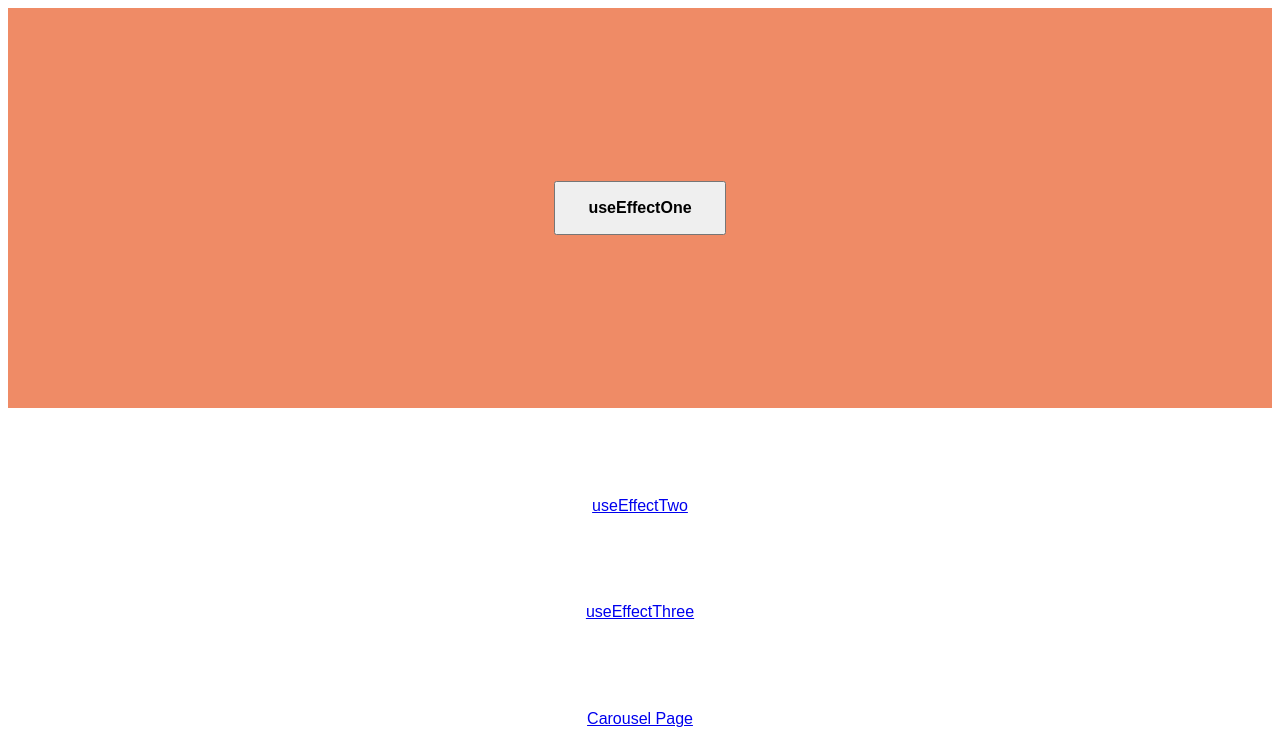
Repository: giovanabirck/class8
Page: /
An editor plug-in stored every save of this project. The page is shown before and after a run of saves, followed by the edit.
The browser window is 1280 px wide. The pictures show the whole page.
The project was rebuilt for these pictures with package versions that can differ from the ones it lists, and the page was loaded fresh each time. The framework's server and built-in components were replaced by stand-ins that run in the browser. Also part of the build but not shown: next.config.js.

Above is the page before, as saved 2023-02-23 17:52:06.

### pages/index.js
import Head from 'next/head'
import styles from '@/styles/Home.module.css'
import Link from 'next/link'


export default function Home() {
  return (
    <>
      <Head>
        <title>Create Next App</title>
        <meta name="description" content="Generated by create next app" />
        <meta name="viewport" content="width=device-width, initial-scale=1" />
        <link rel="icon" href="/favicon.ico" />
      </Head>
      <main className={styles.main}>
        <div className={styles.effect_one}>
          <Link href="/useEffectOne">
            <button className={styles.btn}>useEffectOne</button>
          </Link>
        </div>
        <div className={styles.effect_two}>
          <Link href="/useEffectTwo">useEffectTwo</Link>
        </div>
        <div className={styles.effect_three}>
          <Link href="/useEffectThree">useEffectThree</Link>
        </div>
        <div className={styles.carousel}>
          <Link href="/carouselPage">Carousel Page</Link>
        </div>
      </main>
    </>
  )
}

### styles/globals.css
:root {
  --blue: #95CDF9;
  --green: #C3E0CF;
  --orange: #EF8B66;
  --white: #f4f9fd;
  --black: #222222;
  }

### styles/Home.module.css
.main {
  display: flex;
  flex-direction: column;
  justify-content: space-between;
  align-items: center;
  padding: 0rem;
  min-height: 100vh;
  font-family: Arial, Helvetica, sans-serif;
  color: var(--black);

}

.effect_one {
  background-color: var(--orange);
  width: 100%;
  height: 25rem;
  margin: 0rem;
  display: flex;
  justify-content: center;
  align-items: center;
}

.btn {
  font-weight: 900;
  font-size: 1rem;
  padding: 1rem 2rem;
}

Loaded but not shown: pages/_app.js (common file); pages/_document.js (common file)

After the next 4 saves:
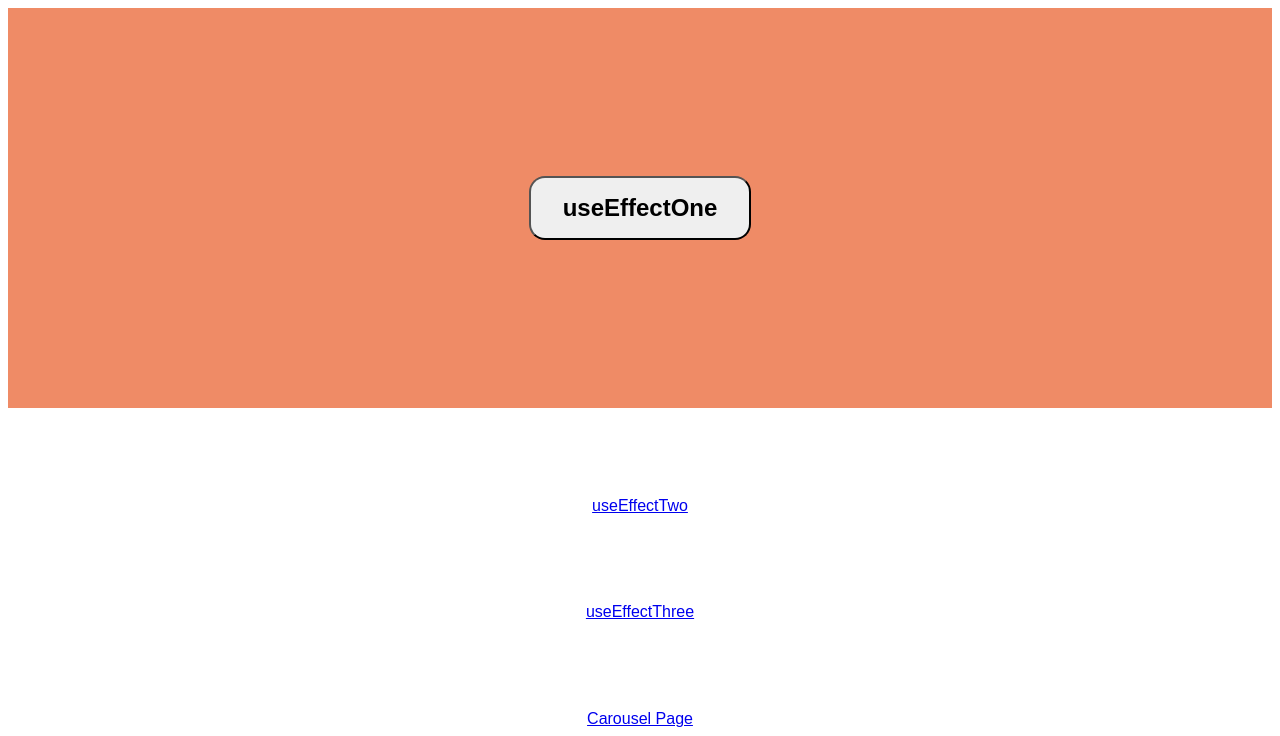
The 4 saves are shown as one change because they came seconds apart.
The last was saved 12 s later.
--- a/styles/Home.module.css
+++ b/styles/Home.module.css
@@ -22,6 +22,7 @@
 
 .btn {
   font-weight: 900;
-  font-size: 1rem;
+  font-size: 1.5rem;
   padding: 1rem 2rem;
+  border-radius: 1rem;
 }
